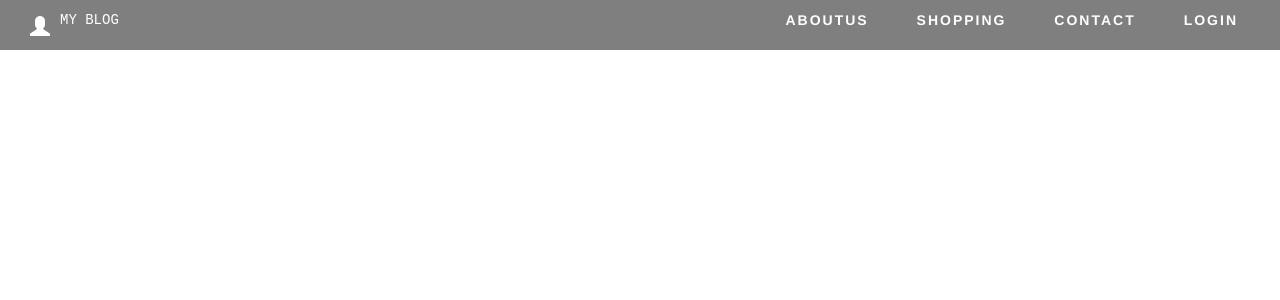
Repository: alikahwaji/HTML-CSS
Page: index.html
The author's editor kept a copy of each file at every save. The page is drawn from the files as they stood at one save, then again after the next save.
The browser window is 1280 px wide. The pictures show the whole page.

Above is the page before, as saved 2019-10-07 14:09:03.

After the next save:
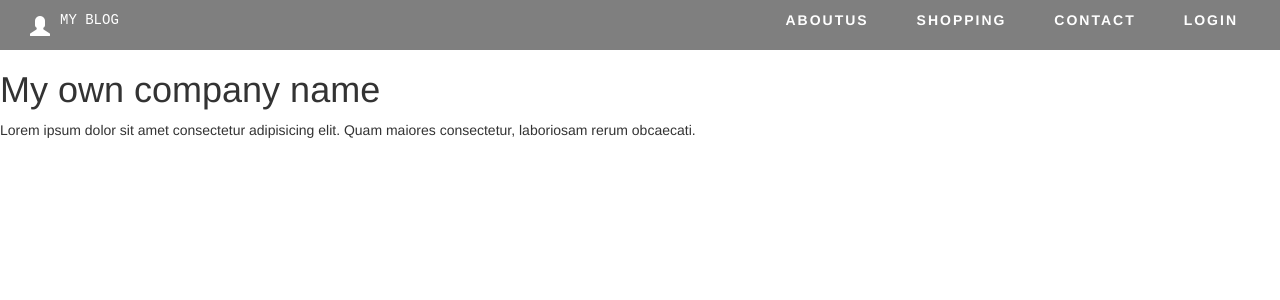
Saved 8 min 8 s later.
--- a/index.html
+++ b/index.html
@@ -23,6 +23,13 @@
         </ul>
       </nav>
     </header>
-    <script src="" async defer></script>
+
+    <section class="titles">
+      <h1>My own company name</h1>
+      <p>Lorem ipsum dolor sit amet consectetur adipisicing elit.
+        Quam maiores consectetur, laboriosam rerum obcaecati.</p>
+    </section>
+
+
   </body>
 </html>
